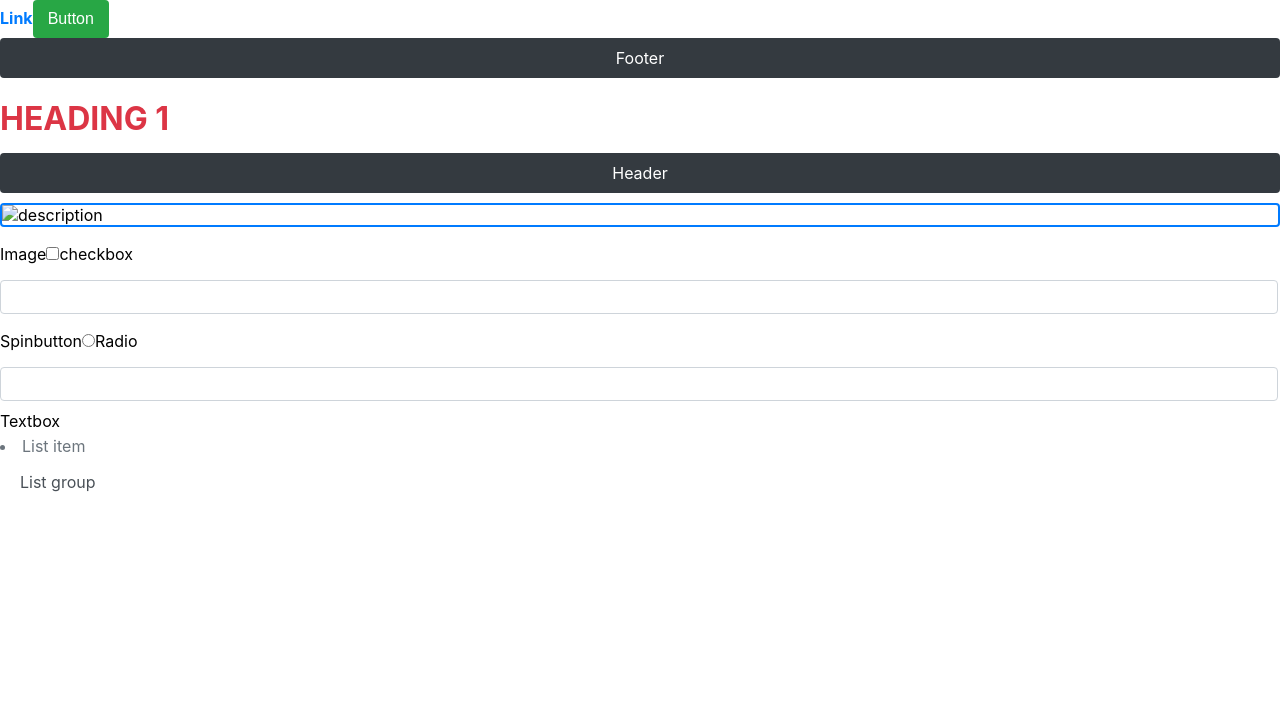
Repository: AiTrinh303/Jest_Sample
Page: / (app in small-test/)
These files come from the project's save history. The page is drawn as it stood at one moment and after a run of saves; the edit follows.
The browser window is 1280 px wide. The pictures show the whole page.
The project was rebuilt for these pictures with package versions that can differ from the ones it lists, and the page was loaded fresh each time.

Above is the page before, as saved 2024-11-25 20:53:58.

After the next 10 saves:
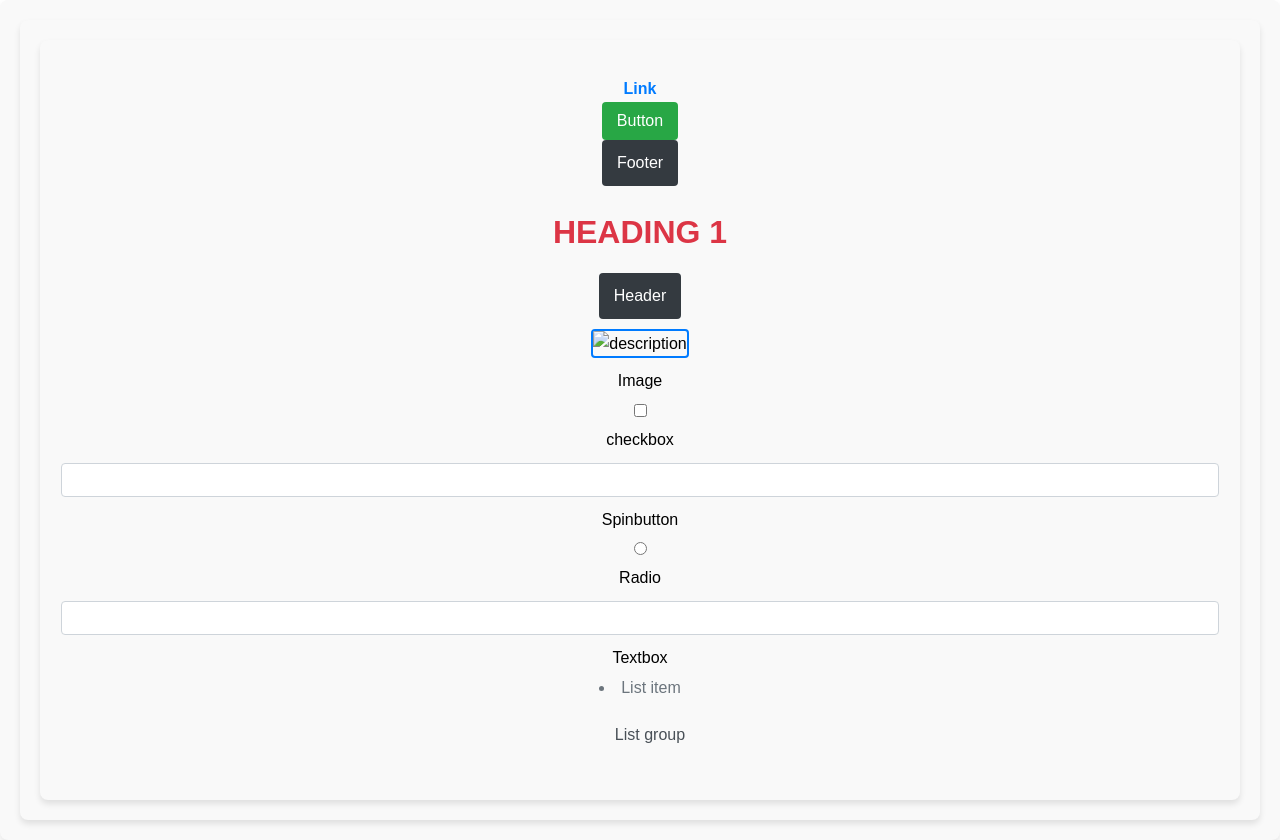
The 10 saves are shown as one change because they came seconds apart.
The last was saved 21 s later.
--- a/small-test/src/components/RoleExample.css
+++ b/small-test/src/components/RoleExample.css
@@ -1,5 +1,11 @@
 /* RoleExample.css */
-.container
+.container{
+    display: flex;
+    justify-content: center;
+    align-items: center;
+    height: 100vh;
+    flex-direction: column;
+}
 
 div {
     font-family: 'Arial', sans-serif;
